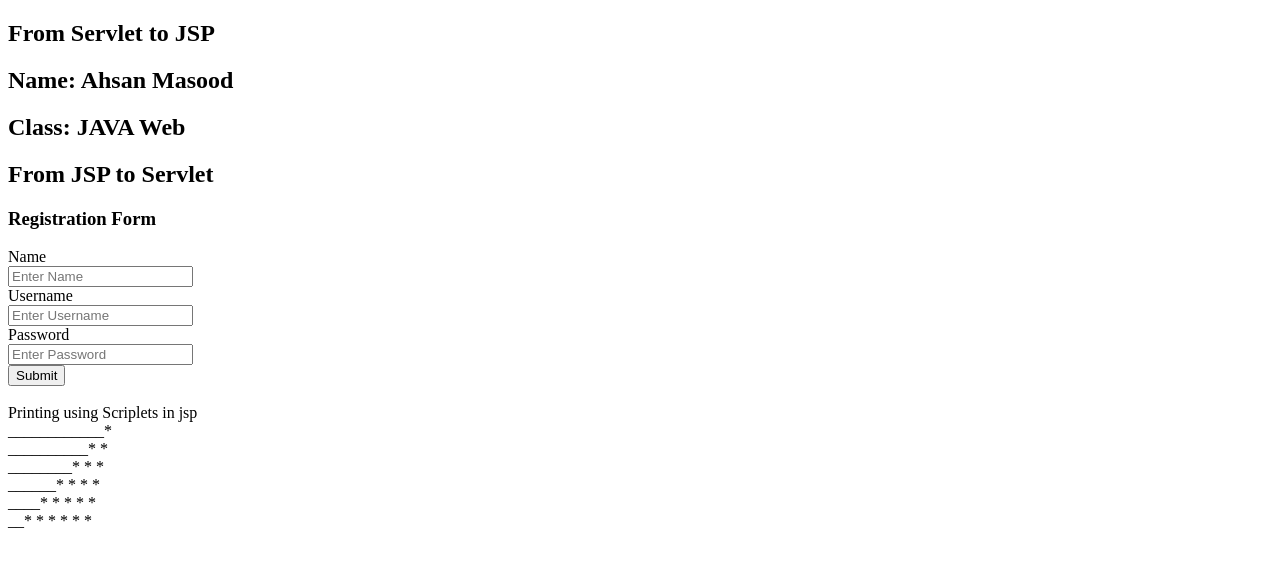
Repository: Ahsan-Masood98/Java-Web-Eng
Page: http://localhost/week2lab/helloworld
These files come from the project's save history. The page is drawn as it stood at one moment and after the next save; the edit follows.
The browser window is 1280 px wide. The pictures show the whole page.
The page is served by Tomcat 9.

Above is the page before, as saved 2022-09-21 13:49:47.

After the next save:
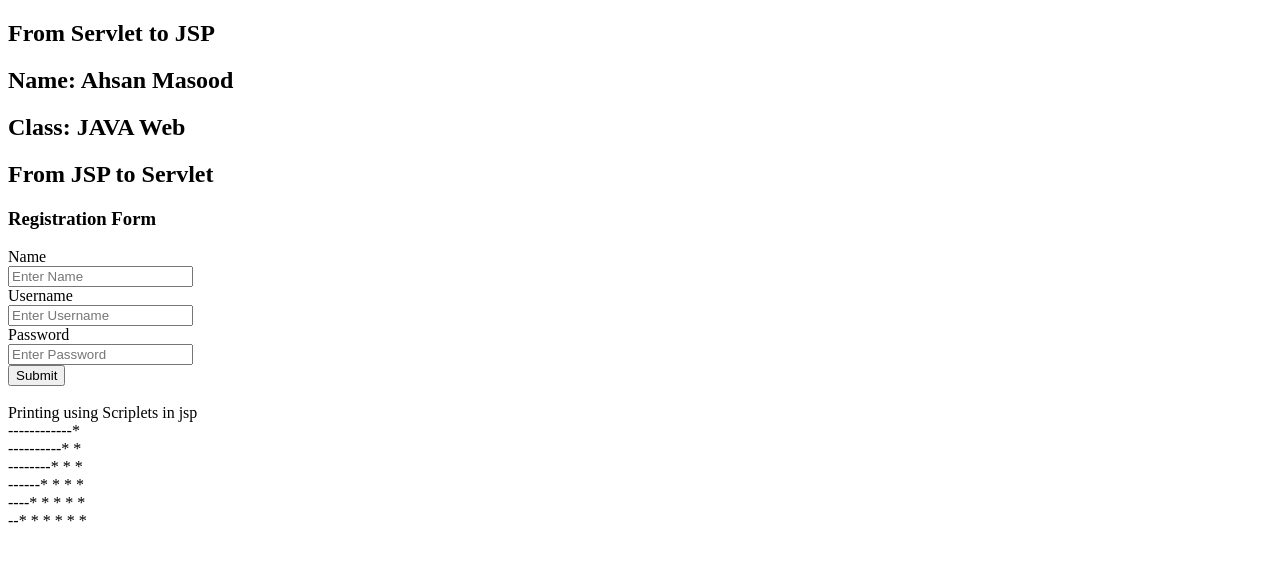
Saved 97 s later.
--- a/eclipse-workplace/week2lab/src/main/webapp/index.jsp
+++ b/eclipse-workplace/week2lab/src/main/webapp/index.jsp
@@ -27,7 +27,7 @@
 		int i,j, row=6;
 		for(i=0; i< row; i++){
 			for (j = 2*(row - i); j > 0; j--)
-	               out.print("_");
+	               out.print("-");
 	  		for( j=0; j<=i; j++)
 				out.println("* ");
 			out.print("<br/>");
